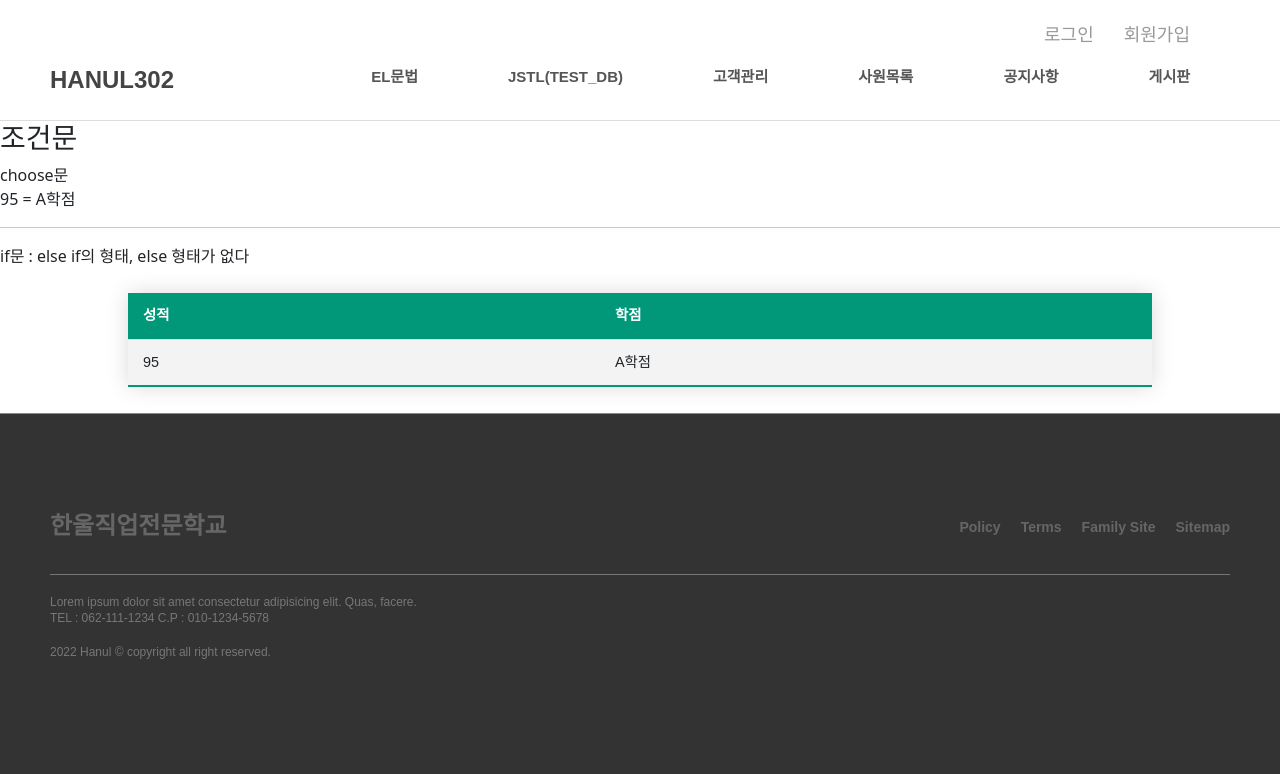
Repository: Xeyeong/servlet
Page: http://localhost/05.MiniProject/el/control.jsp
An editor plug-in stored every save of this project. The page is shown before and after the next save, followed by the edit.
The browser window is 1280 px wide. The pictures show the whole page.
Some web libraries are served in a nearby version. The page is served by Tomcat 9.

Above is the page before, as saved 2022-09-22 01:26:34.

After the next save:
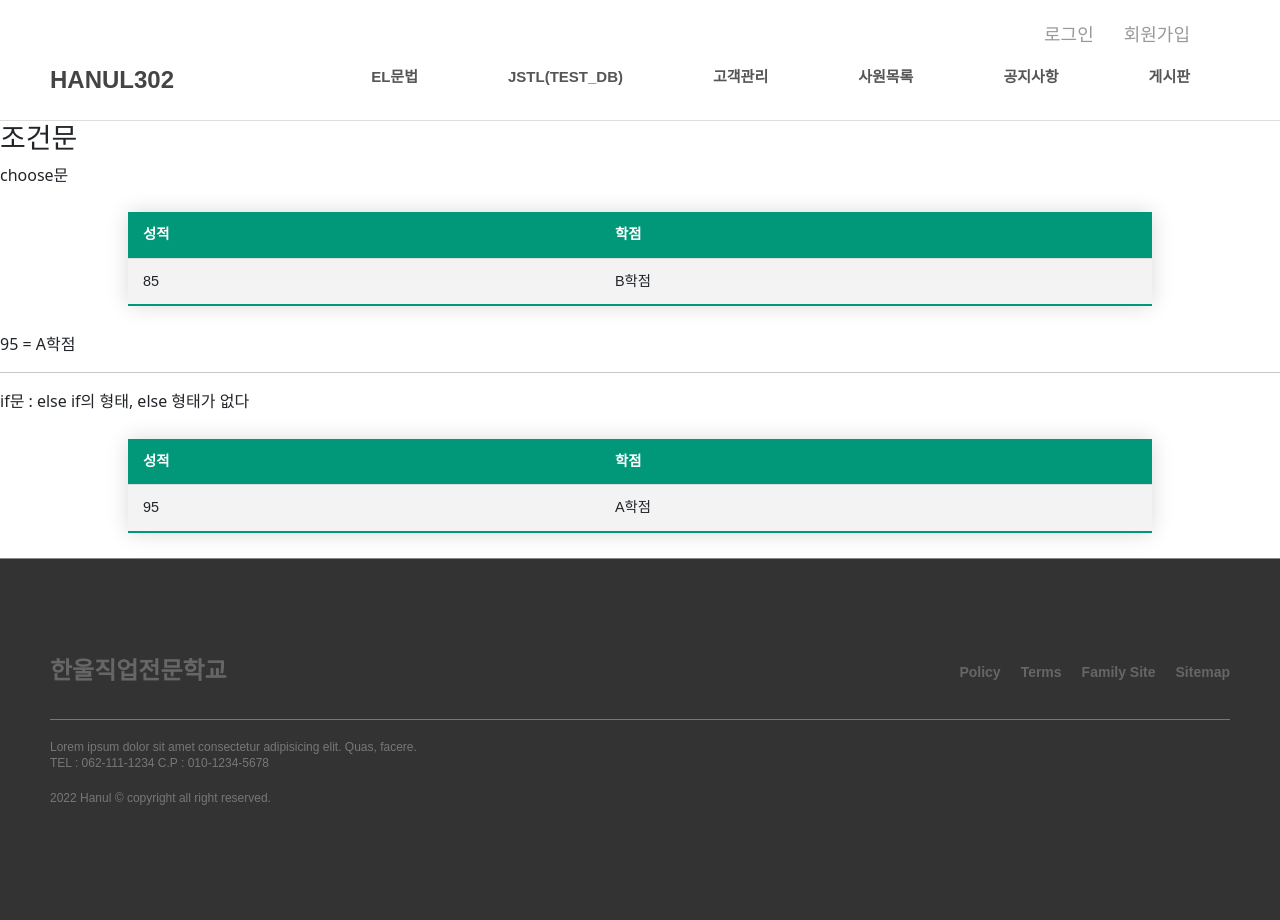
Saved 15 s later.
--- a/05.MiniProject/src/main/webapp/el/control.jsp
+++ b/05.MiniProject/src/main/webapp/el/control.jsp
@@ -31,6 +31,16 @@
 			<c:set var="grade" value="F학점" />
 		</c:otherwise>
 	</c:choose>
+	<table class="styled-table">
+		<tr>
+			<th>성적</th>
+			<th>학점</th>
+		</tr>
+		<tr>
+			<td>${score}</td>
+			<td>${grade}</td>
+		</tr>
+	</table>
 	<%
 	int score = 95;
 	String grade = "";
